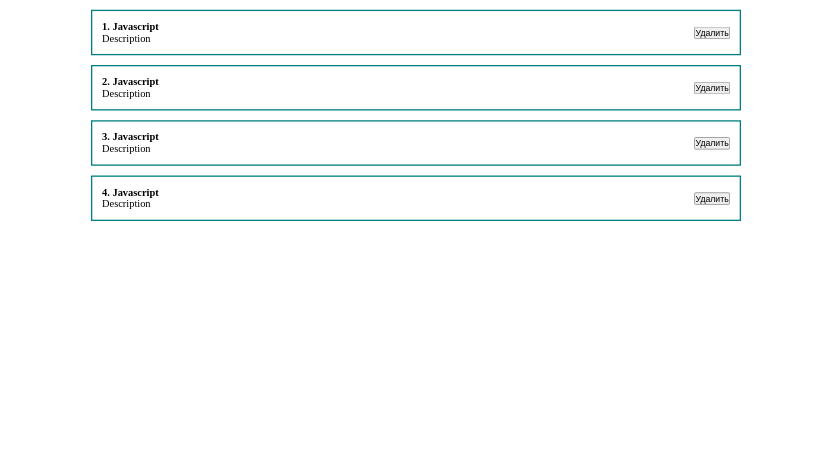
Repository: otvertka/ulb
Page: /
The author's editor kept a copy of each file at every save. The page is drawn from the files as they stood at one save, then again after the next save.
The browser window is 1280 px wide. The pictures show the whole page, at 65% of full size.
The project was rebuilt for these pictures with package versions that can differ from the ones it lists, and the page was loaded fresh each time. Also part of the build but not shown: src/components/Counter.jsx, src/components/ClassCounter.jsx.

Above is the page before, as saved 2023-06-10 12:13:36.

After the next save:
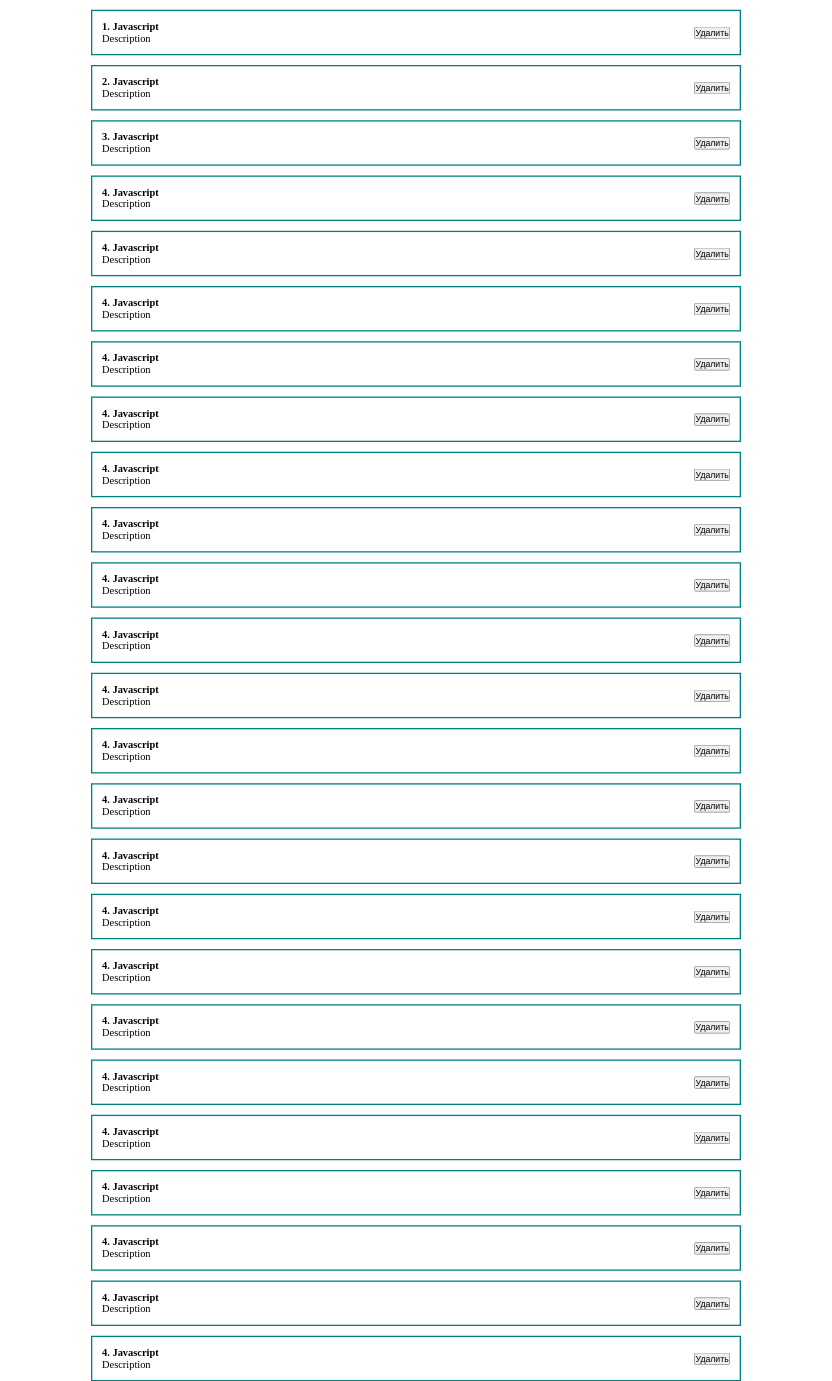
Saved 56 s later.
--- a/src/App.js
+++ b/src/App.js
@@ -14,6 +14,27 @@ function App() {
       <PostItem post={{ id: 2, title: "Javascript", body: "Description" }} />
       <PostItem post={{ id: 3, title: "Javascript", body: "Description" }} />
       <PostItem post={{ id: 4, title: "Javascript", body: "Description" }} />
+      <PostItem post={{ id: 4, title: "Javascript", body: "Description" }} />
+      <PostItem post={{ id: 4, title: "Javascript", body: "Description" }} />
+      <PostItem post={{ id: 4, title: "Javascript", body: "Description" }} />
+      <PostItem post={{ id: 4, title: "Javascript", body: "Description" }} />
+      <PostItem post={{ id: 4, title: "Javascript", body: "Description" }} />
+      <PostItem post={{ id: 4, title: "Javascript", body: "Description" }} />
+      <PostItem post={{ id: 4, title: "Javascript", body: "Description" }} />
+      <PostItem post={{ id: 4, title: "Javascript", body: "Description" }} />
+      <PostItem post={{ id: 4, title: "Javascript", body: "Description" }} />
+      <PostItem post={{ id: 4, title: "Javascript", body: "Description" }} />
+      <PostItem post={{ id: 4, title: "Javascript", body: "Description" }} />
+      <PostItem post={{ id: 4, title: "Javascript", body: "Description" }} />
+      <PostItem post={{ id: 4, title: "Javascript", body: "Description" }} />
+      <PostItem post={{ id: 4, title: "Javascript", body: "Description" }} />
+      <PostItem post={{ id: 4, title: "Javascript", body: "Description" }} />
+      <PostItem post={{ id: 4, title: "Javascript", body: "Description" }} />
+      <PostItem post={{ id: 4, title: "Javascript", body: "Description" }} />
+      <PostItem post={{ id: 4, title: "Javascript", body: "Description" }} />
+      <PostItem post={{ id: 4, title: "Javascript", body: "Description" }} />
+      <PostItem post={{ id: 4, title: "Javascript", body: "Description" }} />
+      <PostItem post={{ id: 4, title: "Javascript", body: "Description" }} />
     </div>
   );
 }
